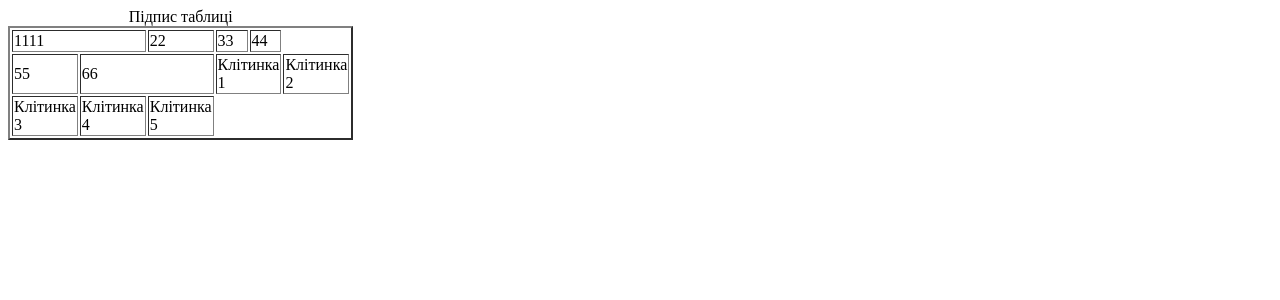
Repository: KseniaMakara/Web
Page: tables/index.html
An editor plug-in stored every save of this project. The page is shown before and after the next save, followed by the edit.
The browser window is 1280 px wide. The pictures show the whole page.

Above is the page before, as saved 2021-02-14 12:16:43.

### tables/index.html
<table border="2px" width="300px">
    <caption>Підпис таблиці</caption>
    <tr>
        <td colspan="2"> 1111 </td>
        <td> 22 </td>
        <td> 33 </td>
        <td> 44 </td>

    </tr>
    <tr>
        <td> 55 </td>
        <td colspan="2"> 66 </td>
        <td colspan="3"> Клітинка 1 </td>
        <td> Клітинка 2 </td>
    </tr>
    <tr>
        <td> Клітинка 3 </td>
        <td> Клітинка 4 </td>
        <td> Клітинка 5 </td>
    </tr>

    </table>

After the next save:
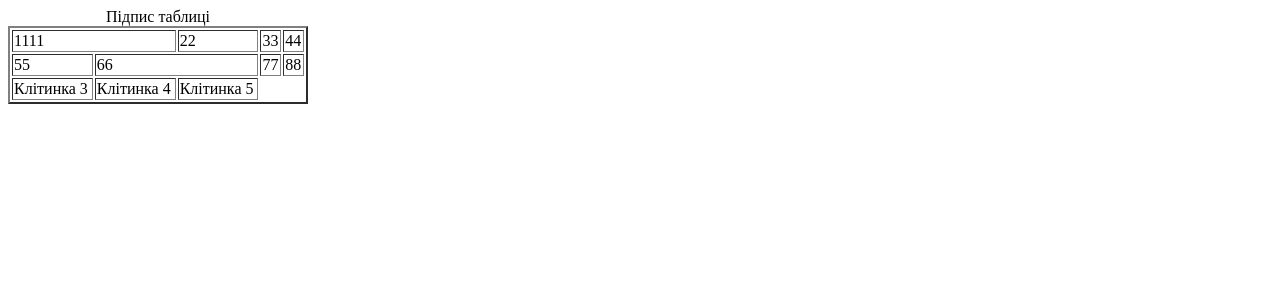
Saved 43 s later.
--- a/tables/index.html
+++ b/tables/index.html
@@ -10,8 +10,8 @@
     <tr>
         <td> 55 </td>
         <td colspan="2"> 66 </td>
-        <td colspan="3"> Клітинка 1 </td>
-        <td> Клітинка 2 </td>
+        <td > 77 </td>
+        <td> 88 </td>
     </tr>
     <tr>
         <td> Клітинка 3 </td>
